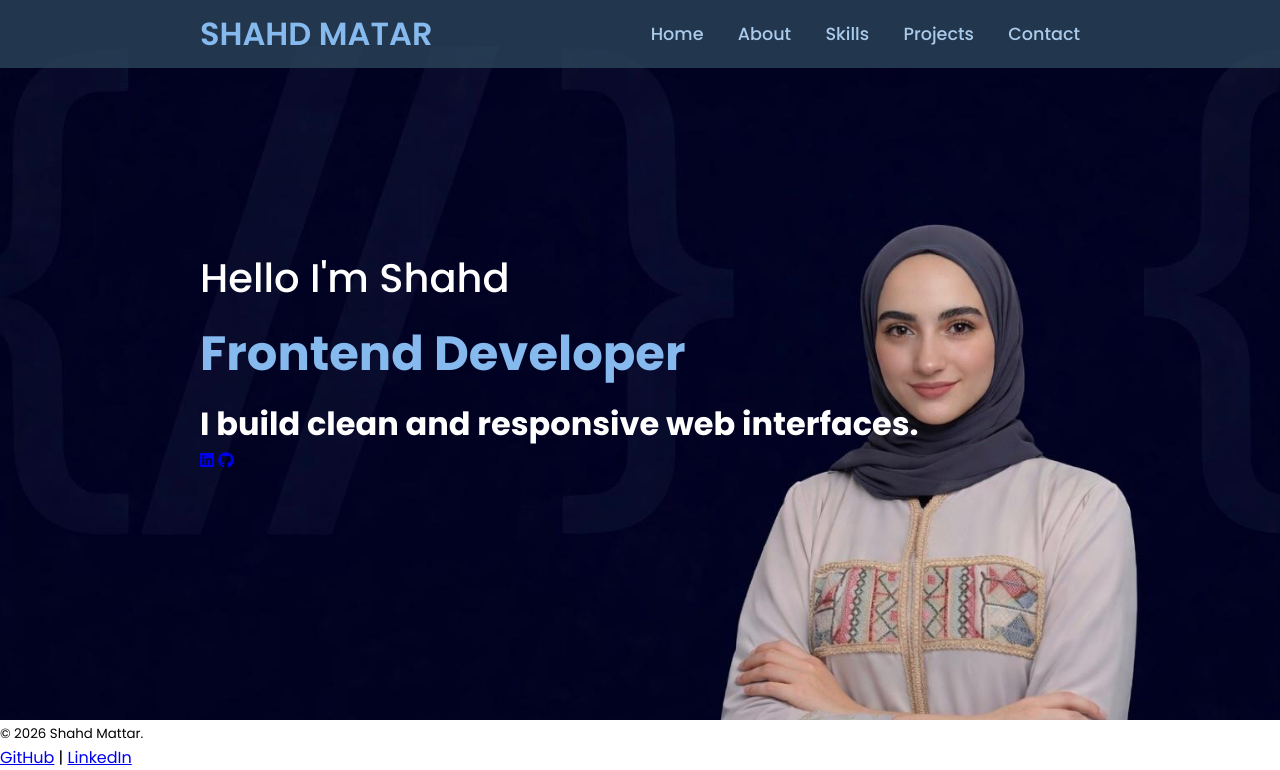
Repository: shahdmattar/personal-landing-page
Page: index.html
These files come from the project's save history. The page is drawn as it stood at one moment and after the next save; the edit follows.
The browser window is 1280 px wide. The pictures show the whole page.
Backgrounds fixed to the window are drawn as part of the page.

Above is the page before, as saved 2026-04-15 11:43:39.

After the next save:
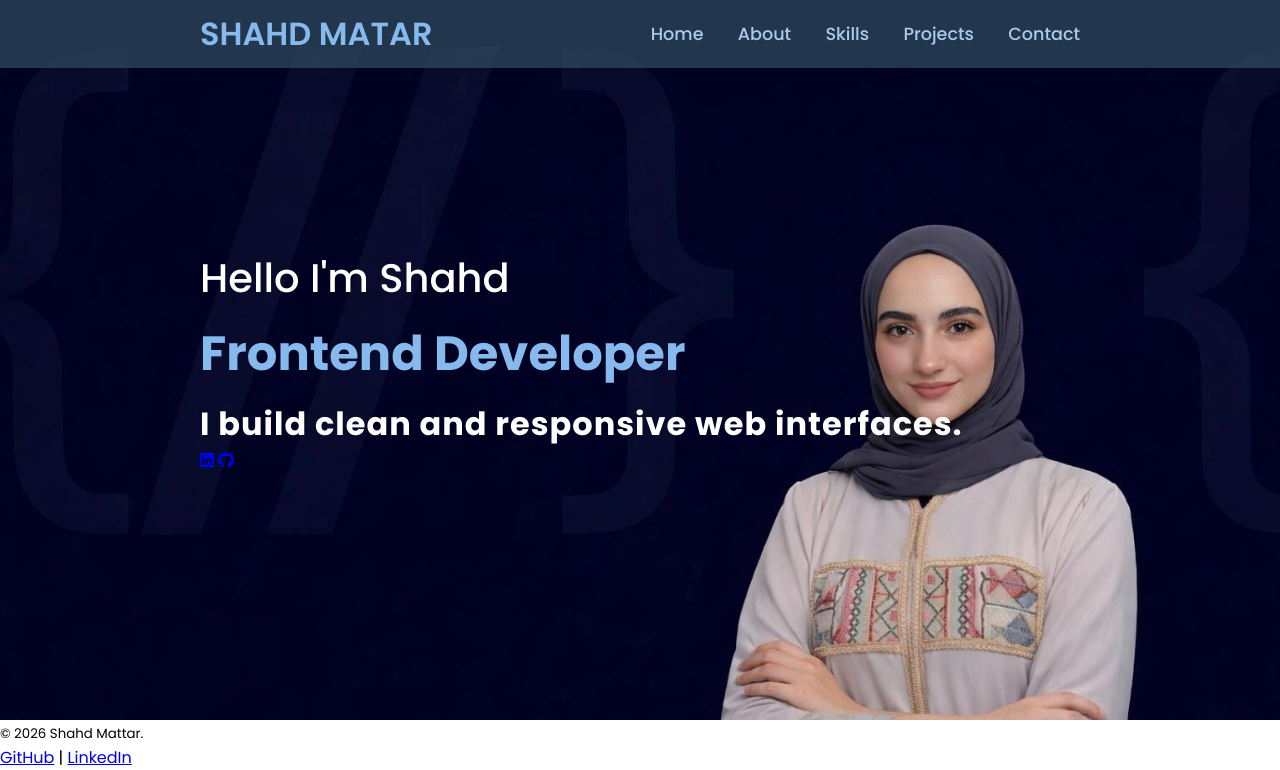
Saved 7 s later.
--- a/style.css
+++ b/style.css
@@ -76,5 +76,5 @@ section{
   color:#fff;
   font-size:2rem;
   font-weight:700;
-  letter-spscing:1px;
+  letter-spacing:1px;
 }
